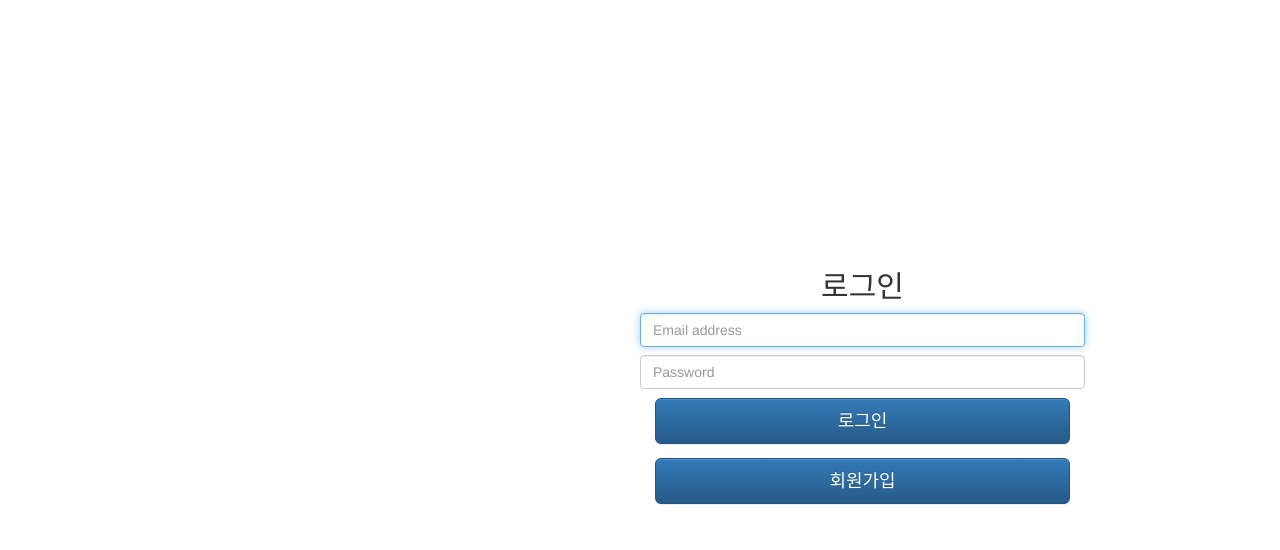
Repository: hrhwbp/Acorn-Final-Project
Page: http://localhost/final_project/index.jsp
These files come from the project's save history. The page is drawn as it stood at one moment and after the next save; the edit follows.
The browser window is 1280 px wide. The pictures show the whole page.
Some web libraries are served in a nearby version. The page is served by Tomcat 9. Nobody is signed in. The application's start-up code is not run.

Above is the page before, as saved 2016-10-26 04:00:01.

After the next save:
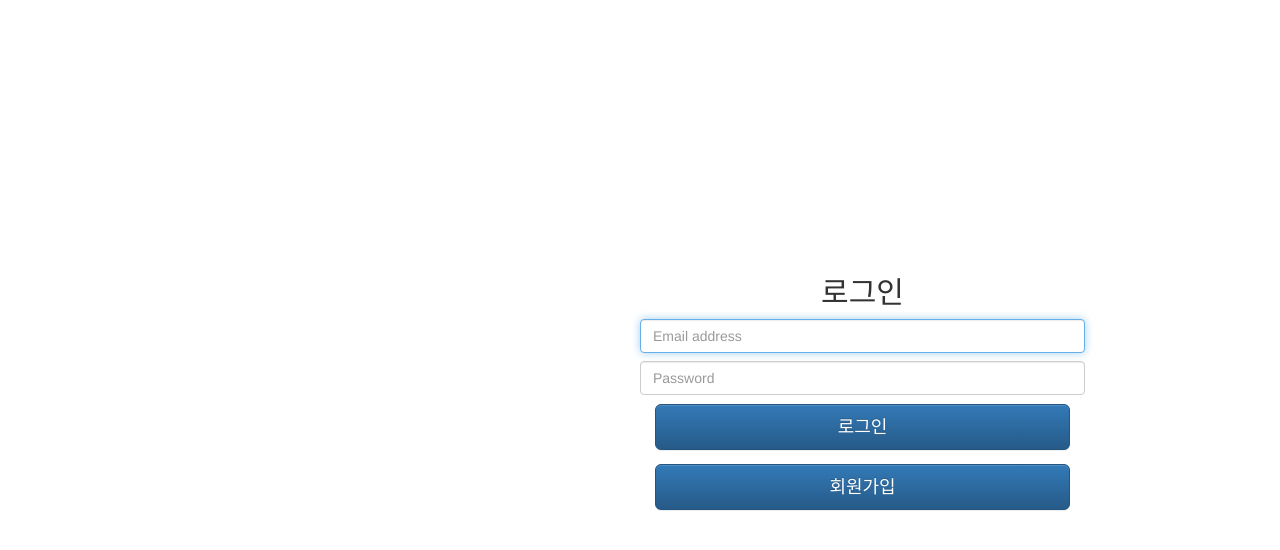
Saved 76 s later.
--- a/final_project/src/main/webapp/index.jsp
+++ b/final_project/src/main/webapp/index.jsp
@@ -26,7 +26,7 @@
 	src="https://maxcdn.bootstrapcdn.com/bootstrap/3.3.2/js/bootstrap.min.js"></script>
 </head>
 <body class="center-block()">
-	<div class="container" style="padding-top: 250px">
+	<div class="container" style="padding-top: 20%">
 		<div class="container col-md-5 col-md-offset-1"></div>
 		<div class="container col-md-5">
 		<div class="row col-md-12">
